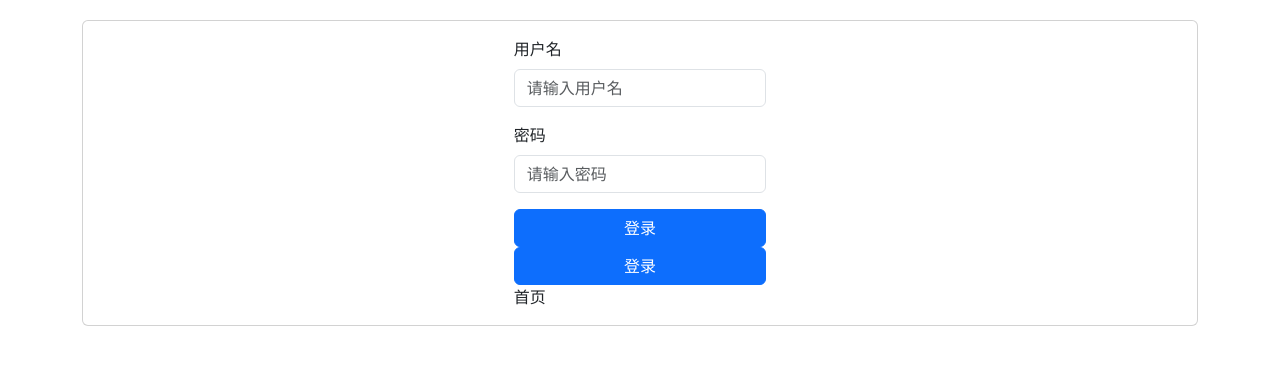
Repository: squawktop/CFS
Page: / (app in web/)
The author's editor kept a copy of each file at every save. The page is drawn from the files as they stood at one save, then again after a run of saves.
The browser window is 1280 px wide. The pictures show the whole page.
The project was rebuilt for these pictures with package versions that can differ from the ones it lists, and the page was loaded fresh each time. Also part of the build but not shown: web/vue.config.js, web/src/views/RegisterView.vue, web/src/components/NavBar.vue, web/src/views/HomeView.vue, web/src/views/UsersManageView.vue, web/src/views/PersonalCenterView.vue, web/src/views/GoodsManageView.vue, web/src/views/OrdersManageView.vue and 1 more.

Above is the page before, as saved 2024-03-23 16:04:04.

After the next 2 saves:
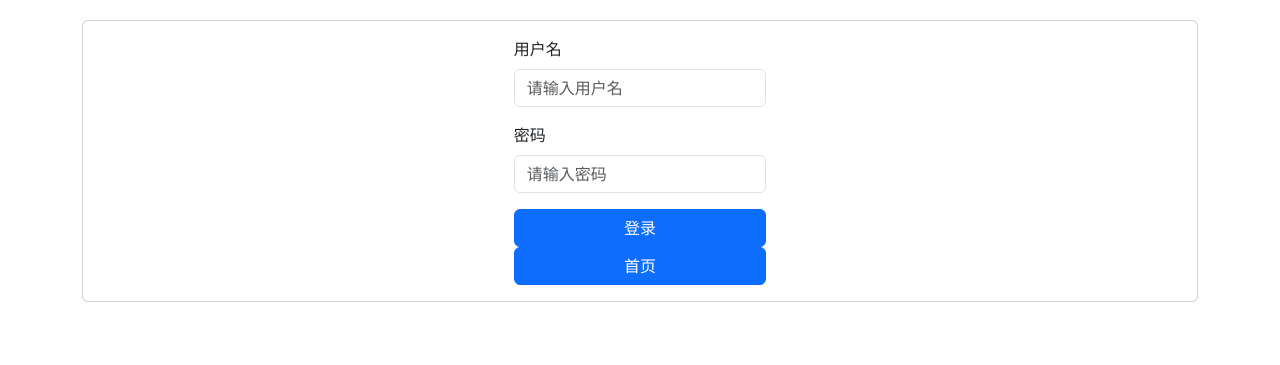
The 2 saves are shown as one change because they came seconds apart.
The last was saved 6 s later.
--- a/web/src/views/LoginView.vue
+++ b/web/src/views/LoginView.vue
@@ -14,9 +14,9 @@
                     </div>
                     <div class="error-message">{{ error_message }} </div>
                     <button type="submit" class="btn btn-primary">登录</button>
-                    <button type="submit" class="btn btn-primary">登录</button>
-                    <router-link :class="route_name == 'home' ? 'nav-link active' : 'nav-link'"
-                            :to="{ name: 'home' }">首页</router-link>
+                    <button type="submit" class="btn btn-primary"><router-link :class="route_name == 'home' ? 'nav-link active' : 'nav-link'"
+                            :to="{ name: 'home' }">首页</router-link></button>
+
                 </form>
             </div>
         </div>
